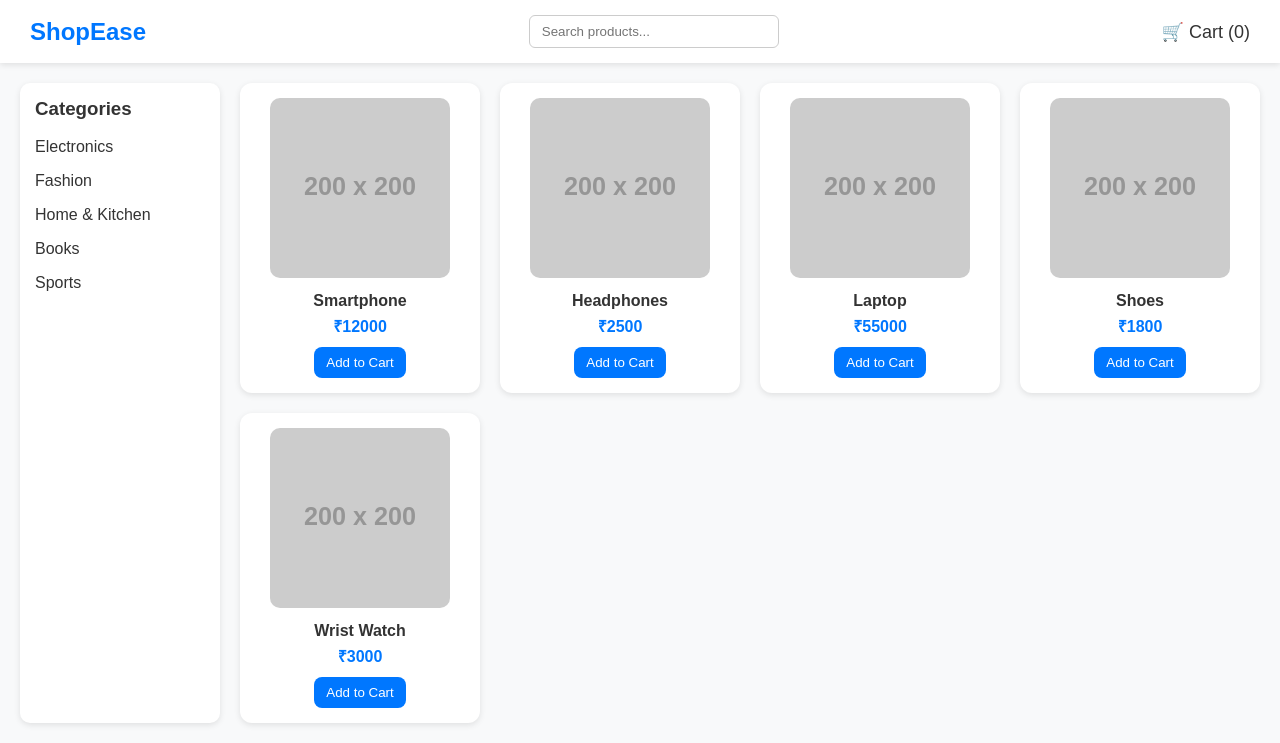
Repository: Rahul70079/JOB-UI-PAGE
Page: index.html
An editor plug-in stored every save of this project. The page is shown before and after a run of saves, followed by the edit.
The browser window is 1280 px wide. The pictures show the whole page.

Above is the page before, as saved 2025-09-03 21:07:16.

After the next 2 saves:
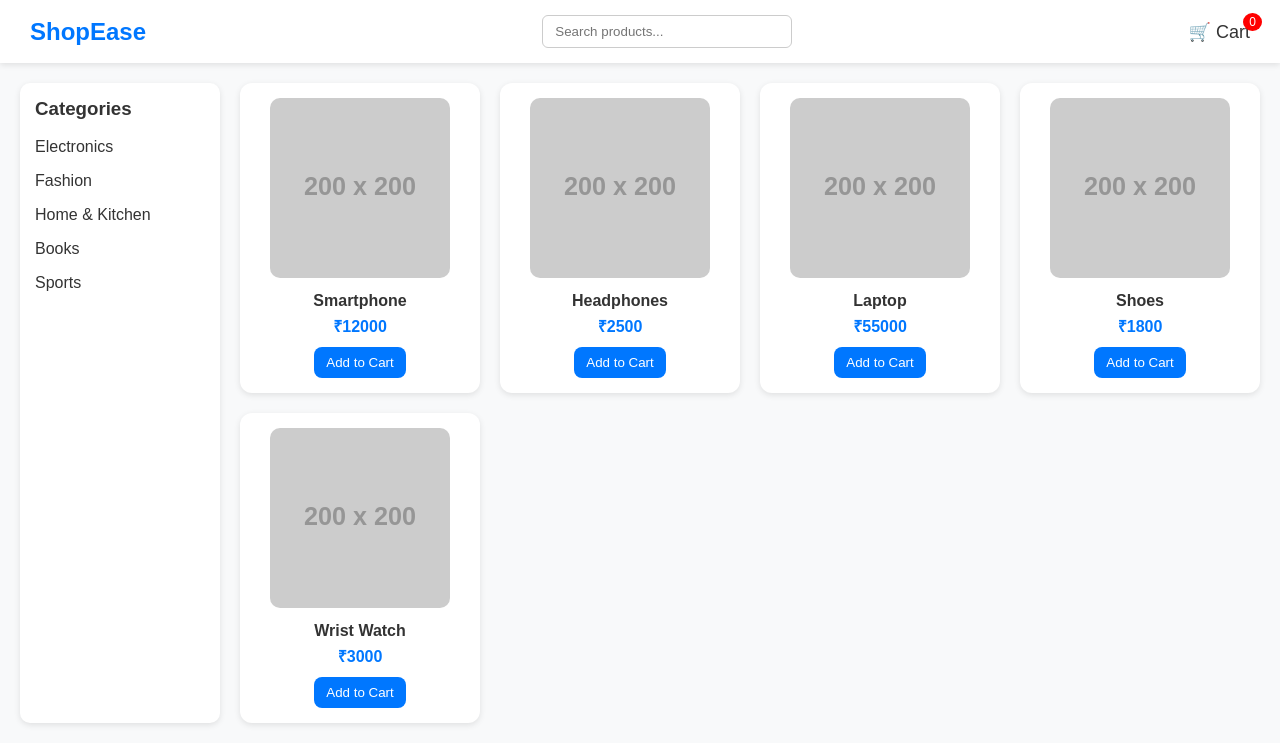
The 2 saves are shown as one change because they came seconds apart.
The last was saved 112 s later.
--- a/index.html
+++ b/index.html
@@ -5,20 +5,16 @@
   <meta name="viewport" content="width=device-width, initial-scale=1.0">
   <title>E-Commerce Store</title>
   <style>
-    /* Reset */
     * {
       margin: 0;
       padding: 0;
       box-sizing: border-box;
       font-family: Arial, sans-serif;
     }
-
     body {
       background: #f8f9fa;
       color: #333;
     }
-
-    /* Header */
     header {
       background: #fff;
       padding: 15px 30px;
@@ -44,17 +40,24 @@
     header .cart {
       font-size: 18px;
       cursor: pointer;
-    }
-
-    /* Main Layout */
+      position: relative;
+    }
+    header .cart span {
+      position: absolute;
+      top: -8px;
+      right: -12px;
+      background: red;
+      color: white;
+      font-size: 12px;
+      padding: 2px 6px;
+      border-radius: 50%;
+    }
     main {
       display: grid;
       grid-template-columns: 200px 1fr;
       gap: 20px;
       padding: 20px;
     }
-
-    /* Sidebar */
     .sidebar {
       background: #fff;
       padding: 15px;
@@ -75,8 +78,6 @@
     .sidebar ul li:hover {
       color: #0077ff;
     }
-
-    /* Products */
     .products {
       display: grid;
       grid-template-columns: repeat(auto-fill, minmax(220px, 1fr));
@@ -122,7 +123,63 @@
       background: #005bb5;
     }
 
-    /* Responsive */
+    /* Cart Modal */
+    .cart-modal {
+      position: fixed;
+      top: 0;
+      right: -400px;
+      width: 350px;
+      height: 100%;
+      background: #fff;
+      box-shadow: -2px 0 6px rgba(0,0,0,0.2);
+      padding: 20px;
+      transition: right 0.4s ease;
+      overflow-y: auto;
+      z-index: 2000;
+    }
+    .cart-modal.active {
+      right: 0;
+    }
+    .cart-modal h2 {
+      margin-bottom: 15px;
+    }
+    .cart-items {
+      list-style: none;
+    }
+    .cart-items li {
+      display: flex;
+      justify-content: space-between;
+      margin-bottom: 10px;
+      border-bottom: 1px solid #ddd;
+      padding-bottom: 8px;
+    }
+    .cart-items img {
+      width: 40px;
+      height: 40px;
+      object-fit: contain;
+      margin-right: 8px;
+    }
+    .cart-items .item-info {
+      flex: 1;
+    }
+    .cart-items button {
+      background: red;
+      color: white;
+      border: none;
+      padding: 2px 6px;
+      border-radius: 6px;
+      cursor: pointer;
+    }
+    .close-btn {
+      background: #0077ff;
+      color: #fff;
+      border: none;
+      padding: 6px 12px;
+      margin-top: 10px;
+      cursor: pointer;
+      border-radius: 6px;
+    }
+
     @media (max-width: 768px) {
       main {
         grid-template-columns: 1fr;
@@ -136,7 +193,7 @@
   <header>
     <div class="logo">ShopEase</div>
     <div class="search"><input type="text" placeholder="Search products..."></div>
-    <div class="cart">🛒 Cart (0)</div>
+    <div class="cart" id="cartBtn">🛒 Cart <span id="cartCount">0</span></div>
   </header>
 
   <!-- Main -->
@@ -154,10 +211,15 @@
     </aside>
 
     <!-- Products -->
-    <section class="products" id="productList">
-      <!-- JS will load products here -->
-    </section>
+    <section class="products" id="productList"></section>
   </main>
+
+  <!-- Cart Modal -->
+  <div class="cart-modal" id="cartModal">
+    <h2>Your Cart</h2>
+    <ul class="cart-items" id="cartItems"></ul>
+    <button class="close-btn" onclick="toggleCart()">Close</button>
+  </div>
 
   <!-- JavaScript -->
   <script>
@@ -170,7 +232,14 @@
     ];
 
     const productList = document.getElementById("productList");
-
+    const cartItems = document.getElementById("cartItems");
+    const cartCount = document.getElementById("cartCount");
+    const cartModal = document.getElementById("cartModal");
+    const cartBtn = document.getElementById("cartBtn");
+
+    let cart = [];
+
+    // Load Products
     products.forEach(product => {
       const card = document.createElement("div");
       card.classList.add("product-card");
@@ -178,10 +247,45 @@
         <img src="${product.img}" alt="${product.name}">
         <h4>${product.name}</h4>
         <p>₹${product.price}</p>
-        <button>Add to Cart</button>
+        <button onclick="addToCart(${product.id})">Add to Cart</button>
       `;
       productList.appendChild(card);
     });
+
+    // Add to Cart
+    function addToCart(id) {
+      const product = products.find(p => p.id === id);
+      cart.push(product);
+      updateCart();
+    }
+
+    // Update Cart
+    function updateCart() {
+      cartItems.innerHTML = "";
+      cart.forEach((item, index) => {
+        const li = document.createElement("li");
+        li.innerHTML = `
+          <img src="${item.img}" alt="${item.name}">
+          <div class="item-info">${item.name} - ₹${item.price}</div>
+          <button onclick="removeFromCart(${index})">X</button>
+        `;
+        cartItems.appendChild(li);
+      });
+      cartCount.textContent = cart.length;
+    }
+
+    // Remove item
+    function removeFromCart(index) {
+      cart.splice(index, 1);
+      updateCart();
+    }
+
+    // Toggle Cart Modal
+    function toggleCart() {
+      cartModal.classList.toggle("active");
+    }
+
+    cartBtn.addEventListener("click", toggleCart);
   </script>
 
 </body>
